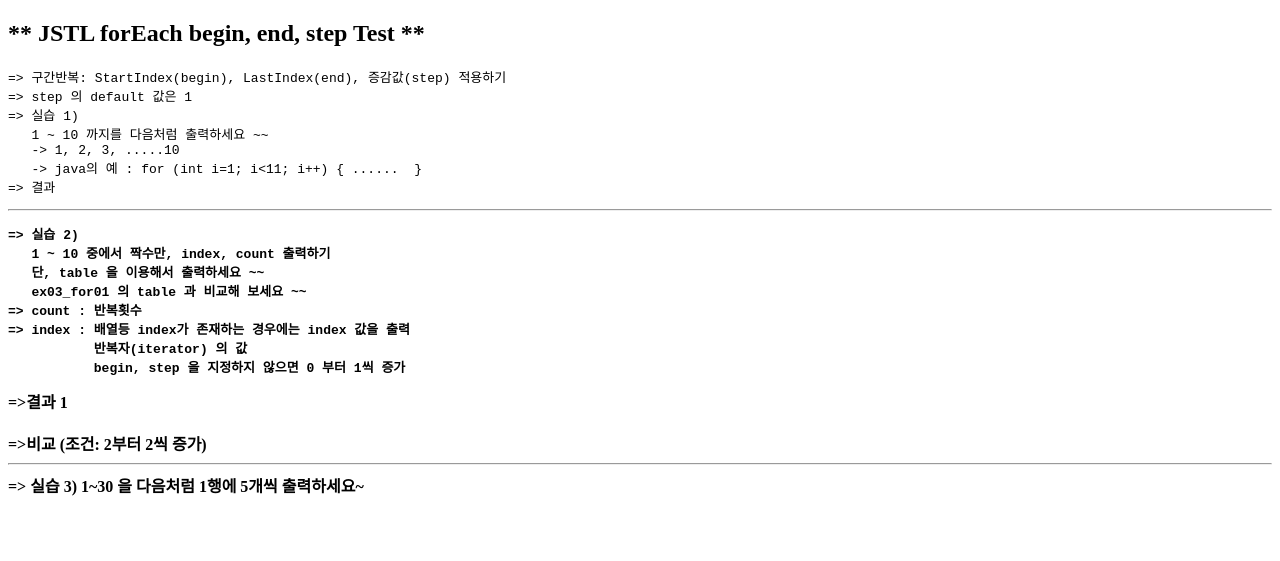
Repository: nameground/Java
Page: http://localhost/Web01/jsp05_JSTL/ex03_for02.jsp
An editor plug-in stored every save of this project. The page is shown before and after the next save, followed by the edit.
The browser window is 1280 px wide. The pictures show the whole page.
The page is served by Tomcat 9. Nobody is signed in. The application's start-up code is not run. Other server files are loaded and not shown.

Above is the page before, as saved 2023-10-13 08:38:19.

### mTest/Mywork/Web01/src/main/webapp/jsp05_JSTL/ex03_for02.jsp
<%@ page language="java" contentType="text/html; charset=UTF-8"
    pageEncoding="UTF-8"%>
<!DOCTYPE html>
<html>
<head>
<meta charset="UTF-8">
<title>JSTL forEach begin, end, step Test</title>
</head>
<body>
<h2>** JSTL forEach begin, end, step Test **</h2>
<pre>
=> 구간반복: StartIndex(begin), LastIndex(end), 증감값(step) 적용하기
=> step 의 default 값은 1
=> 실습 1)
   1 ~ 10 까지를 다음처럼 출력하세요 ~~
   -> 1, 2, 3, .....10
   -> java의 예 : for (int i=1; i<11; i++) { ......  }
=> 결과
</pre>
<b>




<hr><pre>
=> 실습 2)
   1 ~ 10 중에서 짝수만, index, count 출력하기
   단, table 을 이용해서 출력하세요 ~~
   ex03_for01 의 table 과 비교해 보세요 ~~
=> count : 반복횟수
=> index : 배열등 index가 존재하는 경우에는 index 값을 출력
           반복자(iterator) 의 값
           begin, step 을 지정하지 않으면 0 부터 1씩 증가
</pre>
=>결과 1<br>

<br>
=>비교 (조건: 2부터 2씩 증가)



<hr>
=> 실습 3) 1~30 을 다음처럼 1행에 5개씩 출력하세요~<br>
<!--
1,2,3,4,5
6,7,8,9,10
11,12,13,14,15
...
............30 -->

</body>
</html>

After the next save:
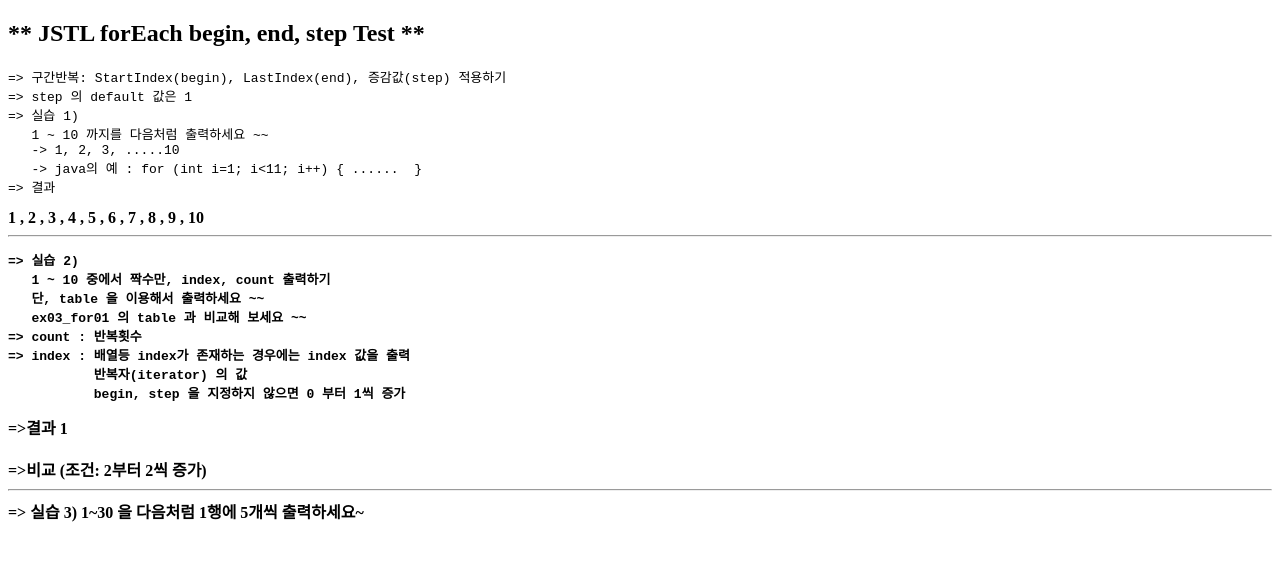
Saved 7 min 48 s later.
--- a/mTest/Mywork/Web01/src/main/webapp/jsp05_JSTL/ex03_for02.jsp
+++ b/mTest/Mywork/Web01/src/main/webapp/jsp05_JSTL/ex03_for02.jsp
@@ -1,5 +1,6 @@
 <%@ page language="java" contentType="text/html; charset=UTF-8"
     pageEncoding="UTF-8"%>
+<%@ taglib uri="http://java.sun.com/jsp/jstl/core" prefix="c"%>
 <!DOCTYPE html>
 <html>
 <head>
@@ -18,6 +19,10 @@
 => 결과
 </pre>
 <b>
+<c:forEach var="i" begin="1" end="10" step="1" varStatus="vs">
+	 ${i}
+	 ${vs.last ? "" : ","}
+</c:forEach>
 
 
 
